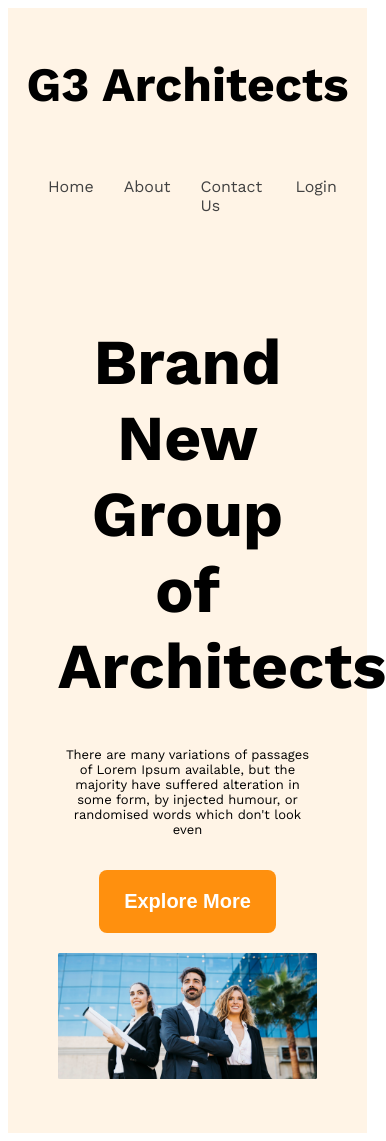
Repository: dollyrakhe22/g3-architects-website
Page: index.html
An editor plug-in stored every save of this project. The page is shown before and after the next save, followed by the edit.
The browser window is 375 px wide. The page is 386 px wide, then 375 px, then 386 px, so the pictures cover 386 px, including what lies to the right of the window. The pictures show the whole page.

Above is the page before, as saved 2025-07-20 17:54:32.

After the next save:
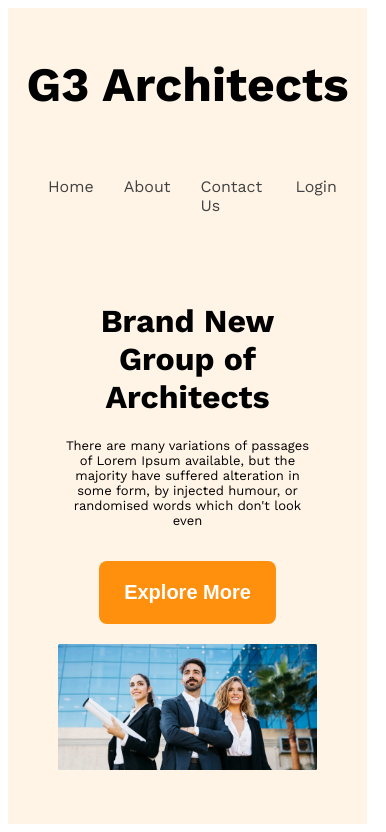
Saved 68 s later.
--- a/style.css
+++ b/style.css
@@ -92,5 +92,9 @@
   .navbar, .nav-link{
     flex-direction: column;
   }
+  .banner-title{
+  font-weight: 700;
+  font-size: 2rem;
+}
 
 }

After the save that followed:
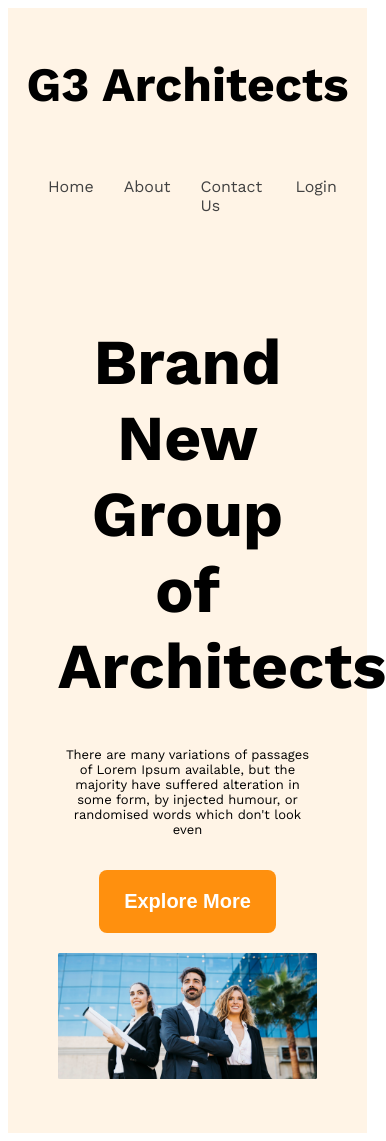
Saved 80 s later.
--- a/style.css
+++ b/style.css
@@ -92,9 +92,6 @@
   .navbar, .nav-link{
     flex-direction: column;
   }
-  .banner-title{
-  font-weight: 700;
-  font-size: 2rem;
-}
+
 
 }
